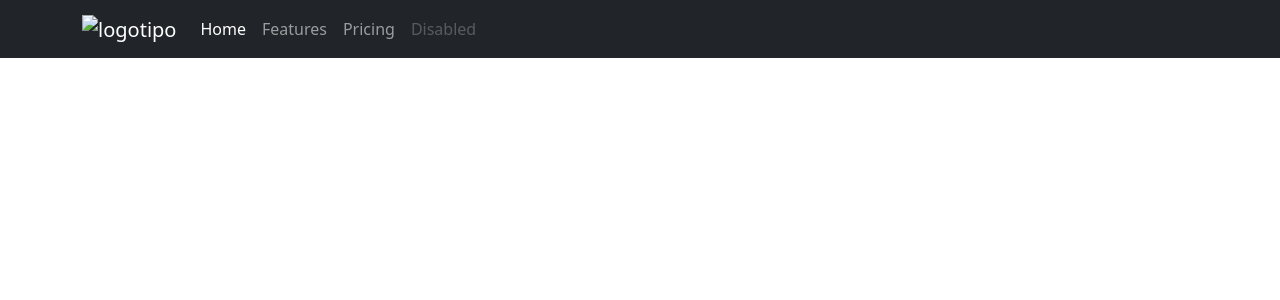
Repository: GScholl/ProjetoWeb_
Page: index.html
The author's editor kept a copy of each file at every save. The page is drawn from the files as they stood at one save, then again after the next save.
The browser window is 1280 px wide. The pictures show the whole page.

Above is the page before, as saved 2023-08-23 08:54:43.

After the next save:
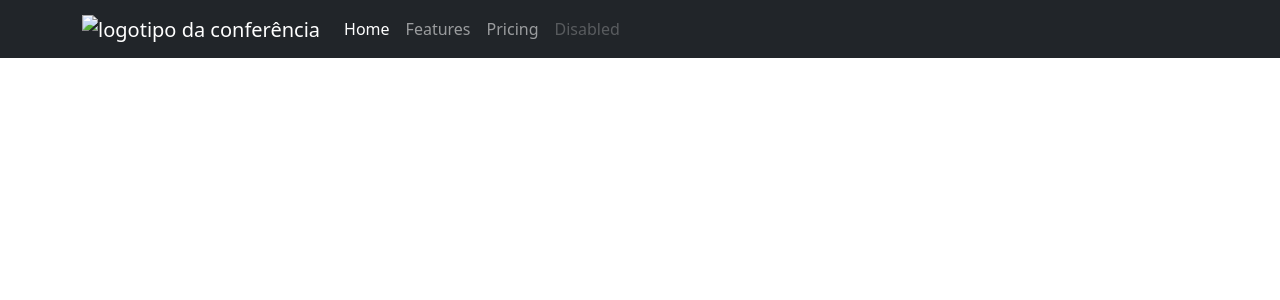
Saved 8 s later.
--- a/index.html
+++ b/index.html
@@ -12,7 +12,7 @@
 <body>
 <nav class="navbar navbar-expand-lg navbar-dark bg-dark t">
   <div class="container">
-    <a class="navbar-brand" href="#"><img src="" alt="logotipo" class="logo"></a>
+    <a class="navbar-brand" href="#"><img src="" alt="logotipo da conferência" class="logo"></a>
     <button class="navbar-toggler" type="button" data-bs-toggle="collapse" data-bs-target="#navbarNav"
       aria-controls="navbarNav" aria-expanded="false" aria-label="Toggle navigation">
       <span class="navbar-toggler-icon"></span>
